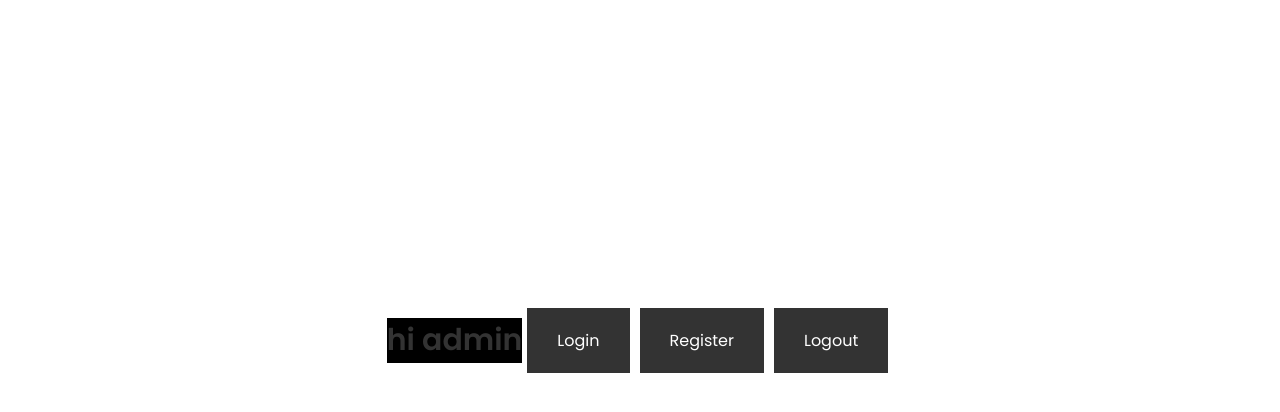
Repository: yennobita/FPT-PHP1
Page: http://localhost/user/admin_page.php
These files come from the project's save history. The page is drawn as it stood at one moment and after the next save; the edit follows.
The browser window is 1280 px wide. The pictures show the whole page.
The page is run by PHP 8.4 with error messages shown; the project is at /var/www/html/.

Above is the page before, as saved 2022-07-24 19:42:20.

After the next save:
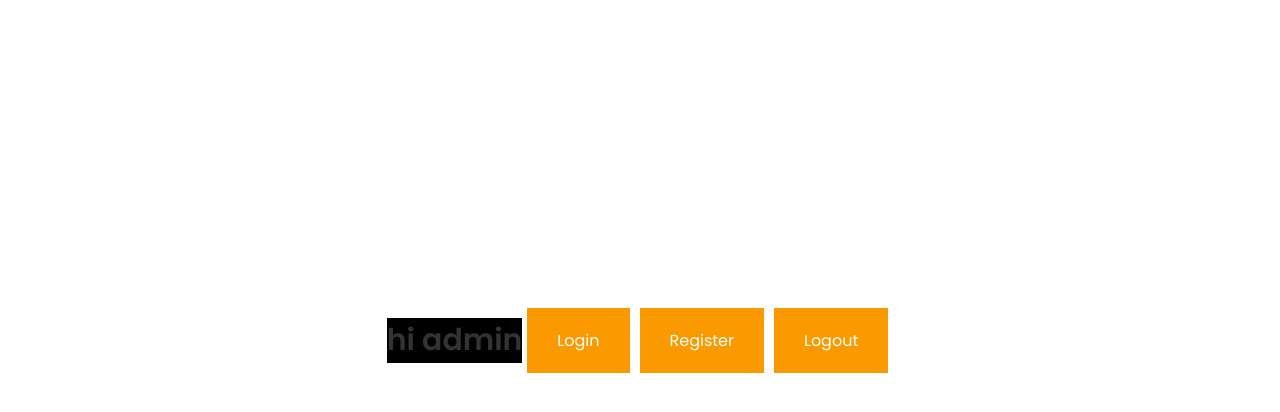
Saved 3 min 43 s later.
--- a/ASM_PHP1/user/admin_page.php
+++ b/ASM_PHP1/user/admin_page.php
@@ -50,6 +50,9 @@
         color: #fff;
         margin: 0px 5px;
     }
+    .btn {
+    background: #fb9a00;
+    }
     </style>
 </head>
 <body>

After the save that followed:
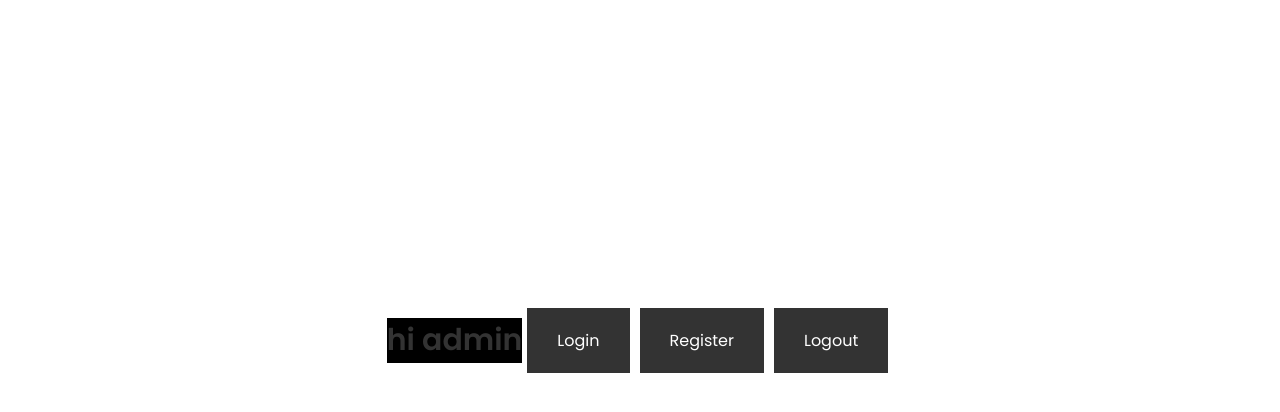
Saved 22 s later.
--- a/ASM_PHP1/user/admin_page.php
+++ b/ASM_PHP1/user/admin_page.php
@@ -50,7 +50,7 @@
         color: #fff;
         margin: 0px 5px;
     }
-    .btn {
+    .btn:hover {
     background: #fb9a00;
     }
     </style>
